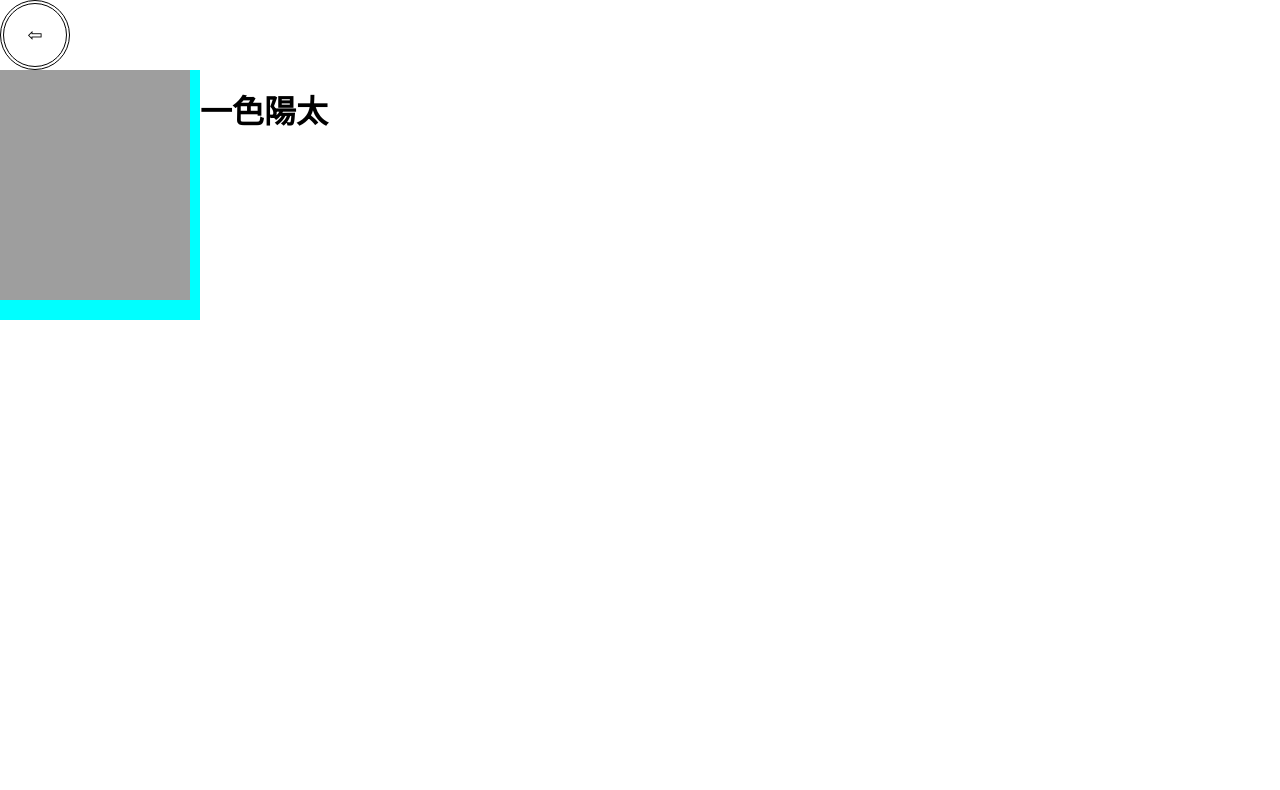
Repository: Mush-s/Folio-OX
Page: /profile
These files come from the project's save history. The page is drawn as it stood at one moment and after the next save; the edit follows.
The browser window is 1280 px wide. The pictures show the whole page.
Pictures or frames that could not be fetched are drawn as grey boxes. The project was rebuilt for these pictures with package versions that can differ from the ones it lists, and the page was loaded fresh each time. Also part of the build but not shown: src/TicTacToe/AfterGame/AfterGame.css, src/TicTacToe/AfterGame/AfterGame.js, src/TicTacToe/Game/Cell.css, src/TicTacToe/Game/Cell.js, src/TicTacToe/Patterns/Pattern.js, src/TicTacToe/Game/GameButtons/GameButtons.css, src/TicTacToe/Game/GameButtons/GameButtons.js, src/TicTacToe/Game/Game.css and 18 more.

Above is the page before, as saved 2022-09-20 18:02:28.

After the next save:
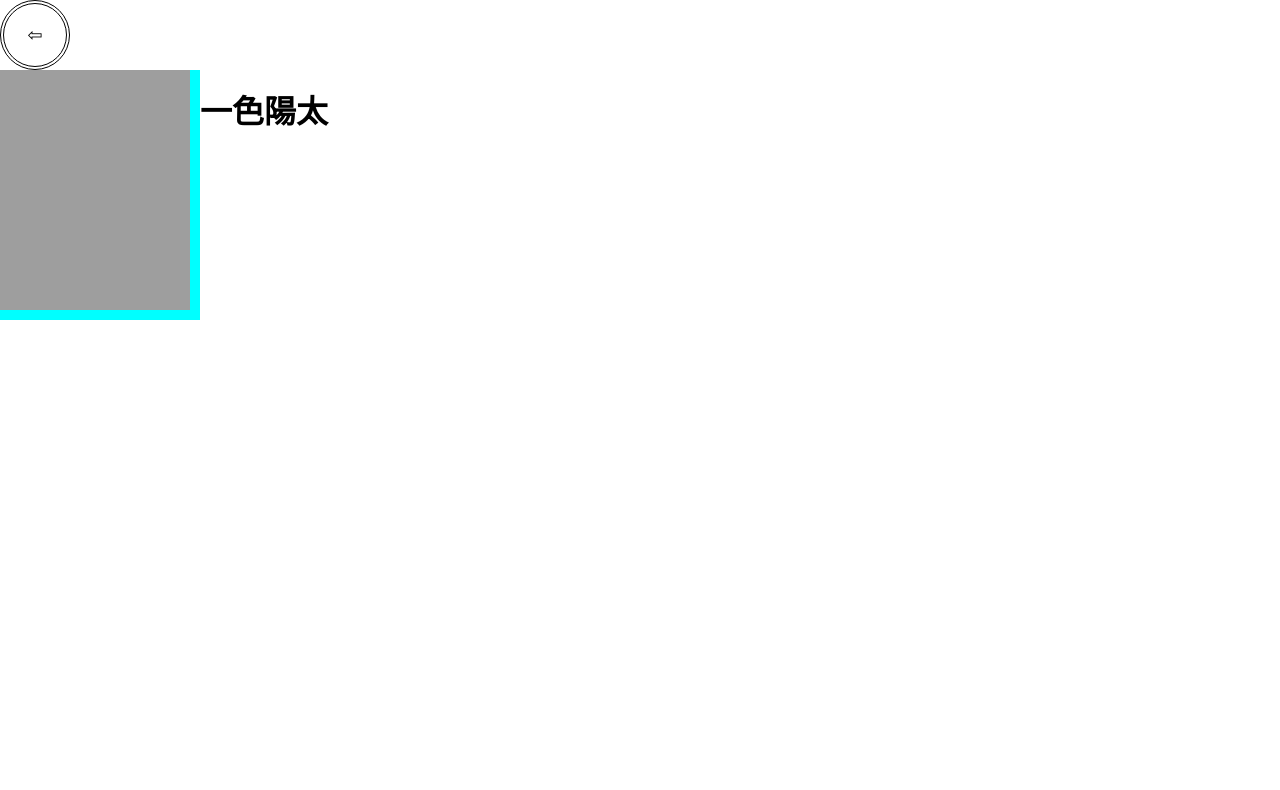
Saved 11 s later.
--- a/src/Profile/Profile.css
+++ b/src/Profile/Profile.css
@@ -10,5 +10,5 @@
 }
 .profile img {
   width: 190px;
-  height: 230px;
+  height: 240px;
 }
